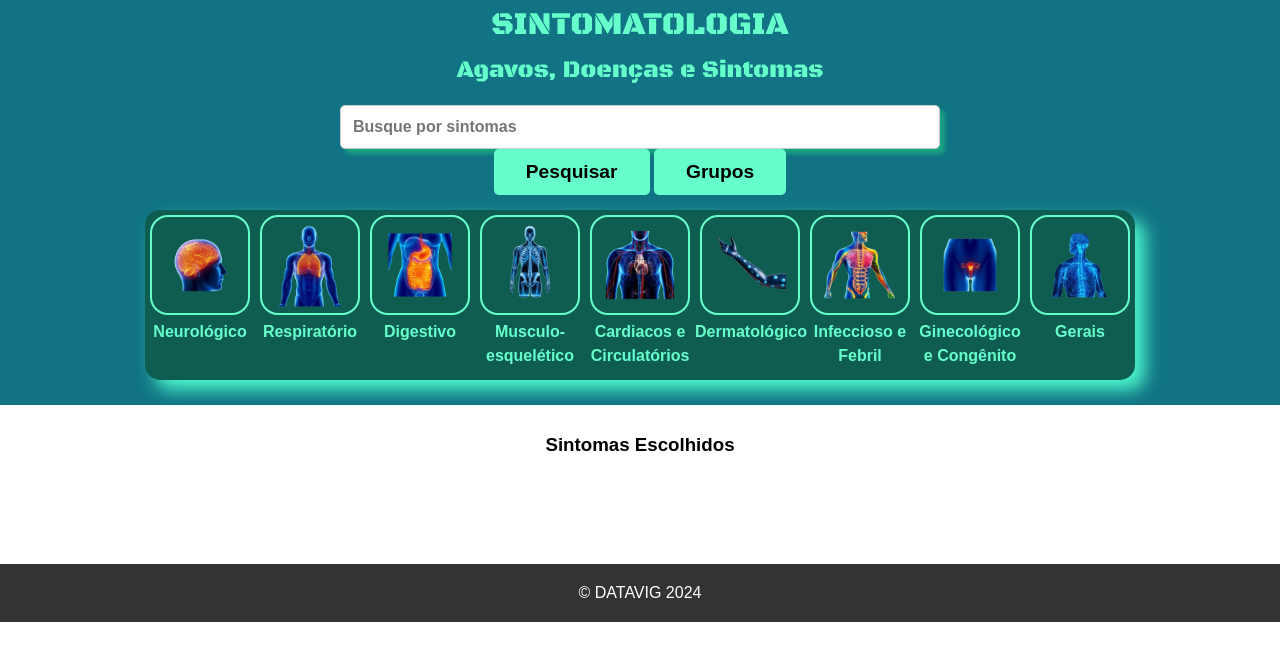
Repository: br-on/vigia
Page: index.html
An editor plug-in stored every save of this project. The page is shown before and after the next save, followed by the edit.
The browser window is 1280 px wide. The pictures show the whole page.
Some web fonts or font styles are not loaded; a fallback is used.

Above is the page before, as saved 2024-09-19 15:21:03.

After the next save:
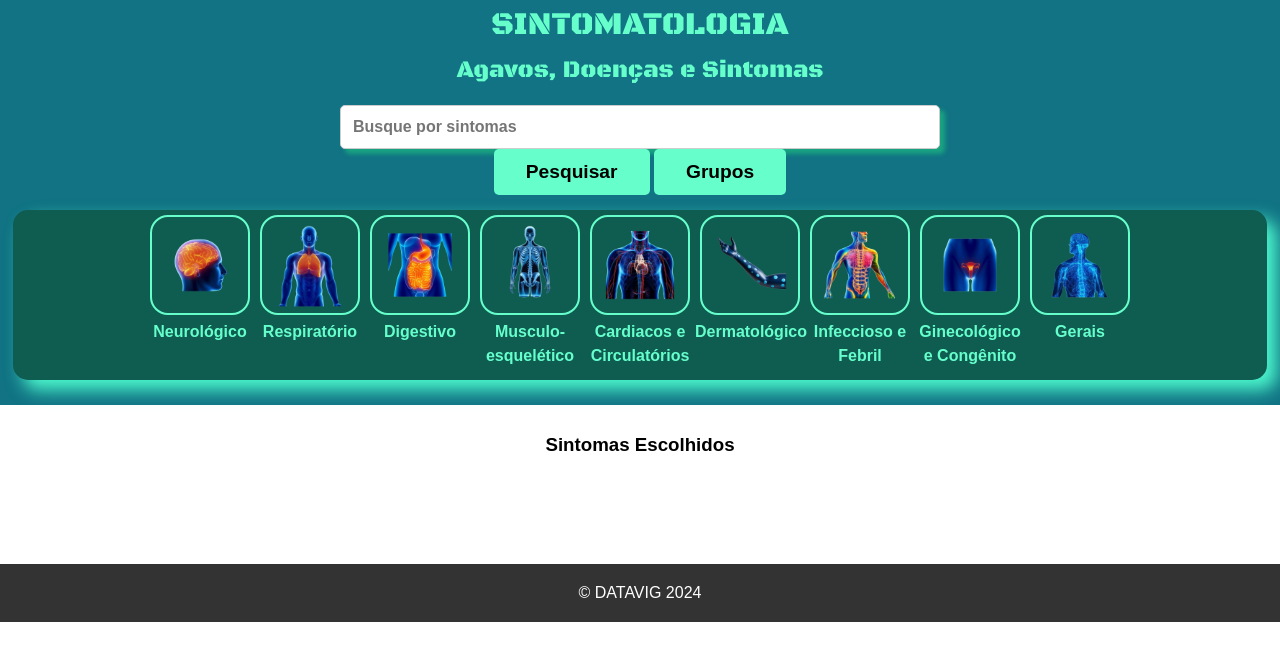
Saved 2 min 14 s later.
--- a/assets/style/style.css
+++ b/assets/style/style.css
@@ -129,6 +129,7 @@ footer {
     box-shadow: 10px 10px 17px #4cf8cd;
     margin: 0 auto;
     position: relative;
+    width: 98%;
 }
 
 .item-resultado {
